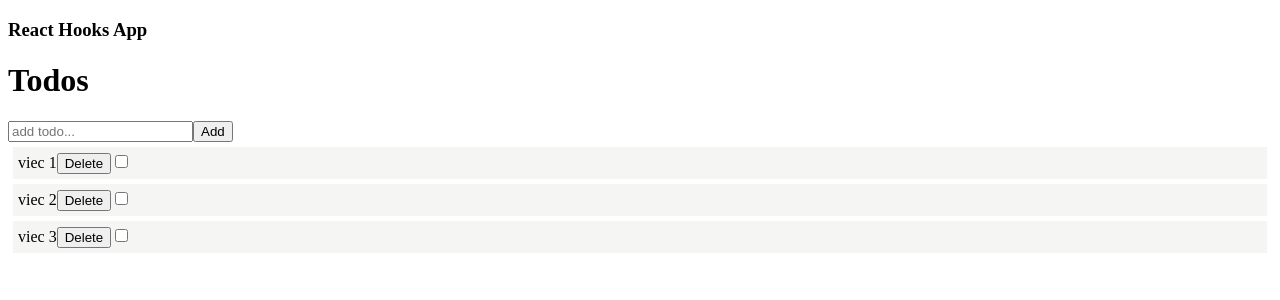
Repository: huynhnt1406/react-redux-tutorial
Page: / (app in react-hooks/)
These files come from the project's save history. The page is drawn as it stood at one moment and after the next save; the edit follows.
The browser window is 1280 px wide. The pictures show the whole page.
The project was rebuilt for these pictures with package versions that can differ from the ones it lists, and the page was loaded fresh each time.

Above is the page before, as saved 2021-06-18 19:57:05.

### react-hooks/src/App.js
import Todos from "./components/Todos";


function App() {
  return (
    <div className="App">
      <h3>React Hooks App</h3>
      <Todos/>
    </div>
  );
}

export default App;

### react-hooks/src/components/Todos.jsx
import React ,{useState}from 'react'
import TodoForm from './TodoForm'
import TodoItem from './TodoItem'

function Todos() {

    const [todos, setTodos] = useState([
        {
            id:1,
            title:'viec 1',
            completed:false
        },
        {
            id:2,
            title:'viec 2',
            completed:false
        },
        {
            id:3,
            title:'viec 3',
            completed:false
        },
    ])

    const addTodo = (todo) => {
        setTodos([...todos,todo])
    }

    const archiveTodo = (id) => {
        setTodos(todos.filter(todo => todo.id !== id))
    }
    const markCompleted = (id) => {
        setTodos(todos.filter(todo => {
            if(todo.id === id) todo.completed = !todo.completed
            return todo
        }))
    }
    return (
        <div>
            <h1>Todos</h1>
            <TodoForm addTodo={addTodo}/>
            {
                todos.map(todo => (
                    <TodoItem key={todo.id} id={todo.id} completed={todo.completed} title={todo.title} archiveTodo={archiveTodo} markCompleted={markCompleted}/>
                ))
            }
        </div>
    )
}

export default Todos

### react-hooks/src/components/TodoForm.jsx
import React, { useState } from 'react'
import {v4 as uuidv4} from 'uuid'
function TodoForm({addTodo}) {

    const [title,setTitle] = useState('')

    const handleChange = (e) => {
        setTitle(e.target.value)
    }
    const handleSubmit = (e) => {
        e.preventDefault()
        if(title !== ''){
            addTodo({
                id:uuidv4(),
                title
            })
            setTitle('')
        }
    }
    return (
        <form onSubmit={handleSubmit}>
            <input type="text" value={title} placeholder="add todo..." onChange={handleChange}/>
            <button type="submit">Add</button>
        </form>
    )
}

export default TodoForm

### react-hooks/src/components/TodoItem.jsx
import React from 'react'
import'./TodoItem.css'
function TodoItem({id,title, archiveTodo,markCompleted, completed}) {
    return (
        <div>
            <p className={completed ? 'completed' : ''} >{title}<button onClick={() => archiveTodo(id)}>Delete</button><input type="checkbox" onChange={markCompleted.bind(this, id)}/></p>
        </div>
    )
}

export default TodoItem

### react-hooks/src/components/TodoItem.css
.completed {
    margin:5px;
    padding:5px;
    background-color: green;
}
p{
    margin:5px;
    padding:5px;
    background-color: #f5f5f3;
}

Loaded but not shown: react-hooks/public/index.html (common file); react-hooks/src/index.js (common file); react-hooks/src/reportWebVitals.js (common file)

After the next save:
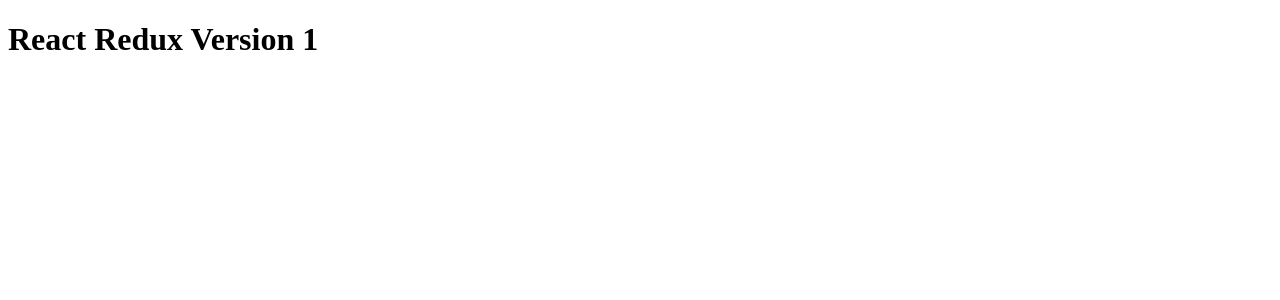
Saved 20 min 19 s later.
--- a/react-hooks/src/App.js
+++ b/react-hooks/src/App.js
@@ -1,11 +1,7 @@
-import Todos from "./components/Todos";
-
-
 function App() {
   return (
     <div className="App">
-      <h3>React Hooks App</h3>
-      <Todos/>
+      <h1>React Redux Version 1</h1>
     </div>
   );
 }
